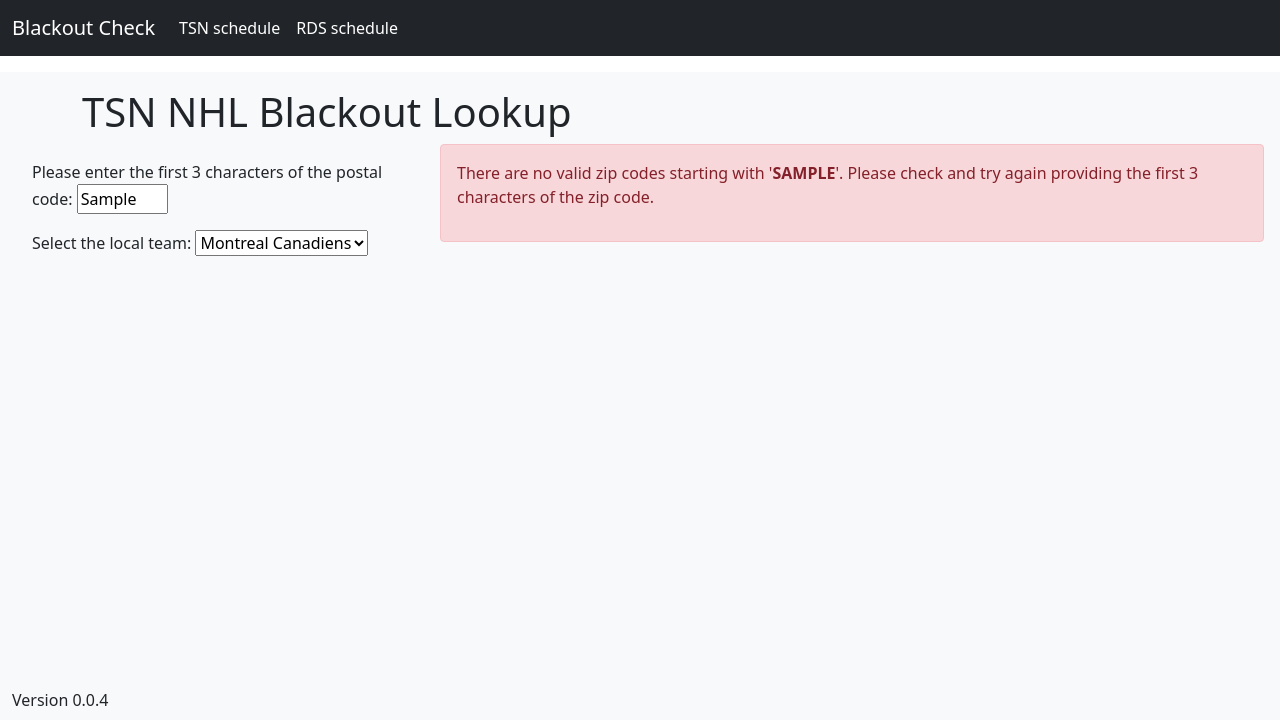
Repository: teban004/blackoutCheck
Page: index.html
These files come from the project's save history. The page is drawn as it stood at one moment and after the next save; the edit follows.
The browser window is 1280 px wide. The pictures show the whole page.
Empty fields were first filled with sample values (such as "Sample", 5 or name@example.com).
After loading, the first visible `#zipCode` was changed once.

Above is the page before, as saved 2022-01-14 16:11:57.

After the next save:
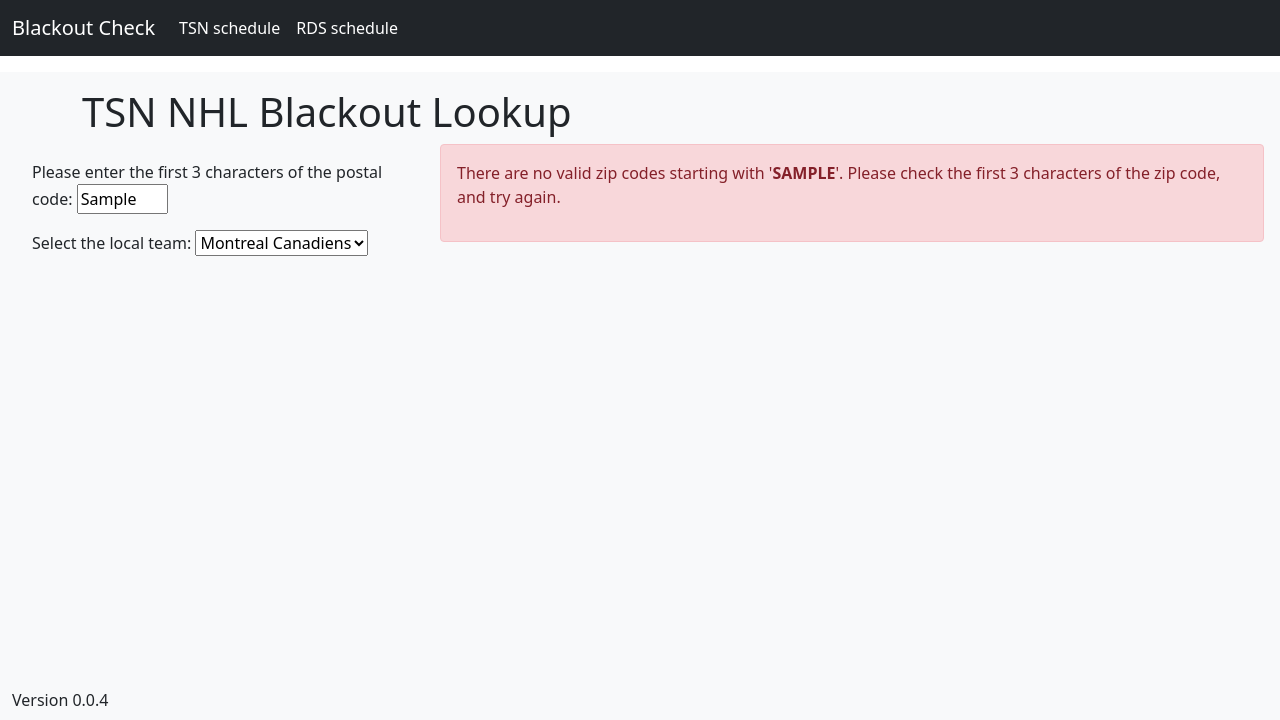
Saved 2 min 10 s later.
--- a/Scripts/app.js
+++ b/Scripts/app.js
@@ -100,7 +100,7 @@
 			}
 			else {
 				result.className = "alert alert-danger";
-				result.innerHTML = "<p>There are no valid zip codes starting with '<b>" + zipCode + "</b>'. Please check and try again providing the first 3 characters of the zip code.</p>";
+				result.innerHTML = "<p>There are no valid zip codes starting with '<b>" + zipCode + "</b>'. Please check the first 3 characters of the zip code, and try again.</p>";
 			}
 		}; // end of checkBlackout
 
